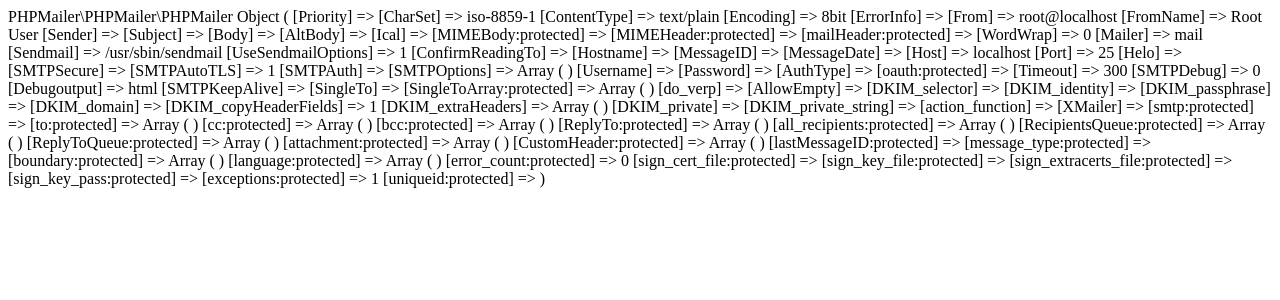
Repository: TuanAnhNguyen723/DanhGiaKIemDinh
Page: http://localhost/phpmailer/mail/sendmail.php
The author's editor kept a copy of each file at every save. The page is drawn from the files as they stood at one save, then again after the next save.
The browser window is 1280 px wide. The pictures show the whole page.
The page is run by PHP 8.4 with error messages shown; the project is at /var/www/html/.

Above is the page before, as saved 2024-05-24 13:23:56.

### mail/sendmail.php
<?php

include"../mail/PHPMailer/src/PHPMailer.php";
include"../mail/PHPMailer/src/Exception.php";
include"../mail/PHPMailer/src/OAuth.php";
include"../mail/PHPMailer/src/POP3.php";
include"../mail/PHPMailer/src/SMTP.php";

use PHPMailer\PHPMailer\PHPMailer;
use PHPMailer\PHPMailer\Exception;

$mail = new PHPMailer(true);
print_r($mail);

?>

### mail/PHPMailer/src/Exception.php
<?php
/**
 * PHPMailer Exception class.
 * PHP Version 5.5.
 *
 * @see       https://github.com/PHPMailer/PHPMailer/ The PHPMailer GitHub project
 *
 * @author    Marcus Bointon (Synchro/coolbru) <phpmailer@synchromedia.co.uk>
 * @author    Jim Jagielski (jimjag) <jimjag@gmail.com>
 * @author    Andy Prevost (codeworxtech) <codeworxtech@users.sourceforge.net>
 * @author    Brent R. Matzelle (original founder)
 * @copyright 2012 - 2017 Marcus Bointon
 * @copyright 2010 - 2012 Jim Jagielski
 * @copyright 2004 - 2009 Andy Prevost
 * @license   http://www.gnu.org/copyleft/lesser.html GNU Lesser General Public License
 * @note      This program is distributed in the hope that it will be useful - WITHOUT
 * ANY WARRANTY; without even the implied warranty of MERCHANTABILITY or
 * FITNESS FOR A PARTICULAR PURPOSE.
 */

namespace PHPMailer\PHPMailer;

/**
 * PHPMailer exception handler.
 *
 * @author  Marcus Bointon <phpmailer@synchromedia.co.uk>
 */
class Exception extends \Exception
{
    /**
     * Prettify error message output.
     *
     * @return string
     */
    public function errorMessage()
    {
        return '<strong>' . htmlspecialchars($this->getMessage()) . "</strong><br />\n";
    }
}

### mail/PHPMailer/src/OAuth.php
<?php
/**
 * PHPMailer - PHP email creation and transport class.
 * PHP Version 5.5.
 *
 * @see       https://github.com/PHPMailer/PHPMailer/ The PHPMailer GitHub project
 *
 * @author    Marcus Bointon (Synchro/coolbru) <phpmailer@synchromedia.co.uk>
 * @author    Jim Jagielski (jimjag) <jimjag@gmail.com>
 * @author    Andy Prevost (codeworxtech) <codeworxtech@users.sourceforge.net>
 * @author    Brent R. Matzelle (original founder)
 * @copyright 2012 - 2015 Marcus Bointon
 * @copyright 2010 - 2012 Jim Jagielski
 * @copyright 2004 - 2009 Andy Prevost
 * @license   http://www.gnu.org/copyleft/lesser.html GNU Lesser General Public License
 * @note      This program is distributed in the hope that it will be useful - WITHOUT
 * ANY WARRANTY; without even the implied warranty of MERCHANTABILITY or
 * FITNESS FOR A PARTICULAR PURPOSE.
 */

namespace PHPMailer\PHPMailer;

use League\OAuth2\Client\Grant\RefreshToken;
use League\OAuth2\Client\Provider\AbstractProvider;
use League\OAuth2\Client\Token\AccessToken;

/**
 * OAuth - OAuth2 authentication wrapper class.
 * Uses the oauth2-client package from the League of Extraordinary Packages.
 *
 * @see     http://oauth2-client.thephpleague.com
 *
 * @author  Marcus Bointon (Synchro/coolbru) <phpmailer@synchromedia.co.uk>
 */
class OAuth
{
    /**
     * An instance of the League OAuth Client Provider.
     *
     * @var AbstractProvider
     */
    protected $provider;

    /**
     * The current OAuth access token.
     *
     * @var AccessToken
     */
    protected $oauthToken;

    /**
     * The user's email address, usually used as the login ID
     * and also the from address when sending email.
     *
     * @var string
     */
    protected $oauthUserEmail = '';

    /**
     * The client secret, generated in the app definition of the service you're connecting to.
     *
     * @var string
     */
    protected $oauthClientSecret = '';

    /**
     * The client ID, generated in the app definition of the service you're connecting to.
     *
     * @var string
     */
    protected $oauthClientId = '';

    /**
     * The refresh token, used to obtain new AccessTokens.
     *
     * @var string
     */
    protected $oauthRefreshToken = '';

    /**
     * OAuth constructor.
     *
     * @param array $options Associative array containing
     *                       `provider`, `userName`, `clientSecret`, `clientId` and `refreshToken` elements
     */
    public function __construct($options)
    {
        $this->provider = $options['provider'];
        $this->oauthUserEmail = $options['userName'];
        $this->oauthClientSecret = $options['clientSecret'];
        $this->oauthClientId = $options['clientId'];
        $this->oauthRefreshToken = $options['refreshToken'];
    }

    /**
     * Get a new RefreshToken.
     *
     * @return RefreshToken
     */
    protected function getGrant()
    {
        return new RefreshToken();
    }

    /**
     * Get a new AccessToken.
     *
     * @return AccessToken
     */
    protected function getToken()
    {
        return $this->provider->getAccessToken(
            $this->getGrant(),
            ['refresh_token' => $this->oauthRefreshToken]
        );
    }

    /**
     * Generate a base64-encoded OAuth token.
     *
     * @return string
     */
    public function getOauth64()
    {
        // Get a new token if it's not available or has expired
        if (null === $this->oauthToken or $this->oauthToken->hasExpired()) {
            $this->oauthToken = $this->getToken();
        }

        return base64_encode(
            'user=' .
            $this->oauthUserEmail .
            "\001auth=Bearer " .
            $this->oauthToken .
            "\001\001"
        );
    }
}

### mail/PHPMailer/src/POP3.php
<?php
/**
 * PHPMailer POP-Before-SMTP Authentication Class.
 * PHP Version 5.5.
 *
 * @see       https://github.com/PHPMailer/PHPMailer/ The PHPMailer GitHub project
 *
 * @author    Marcus Bointon (Synchro/coolbru) <phpmailer@synchromedia.co.uk>
 * @author    Jim Jagielski (jimjag) <jimjag@gmail.com>
 * @author    Andy Prevost (codeworxtech) <codeworxtech@users.sourceforge.net>
 * @author    Brent R. Matzelle (original founder)
 * @copyright 2012 - 2017 Marcus Bointon
 * @copyright 2010 - 2012 Jim Jagielski
 * @copyright 2004 - 2009 Andy Prevost
 * @license   http://www.gnu.org/copyleft/lesser.html GNU Lesser General Public License
 * @note      This program is distributed in the hope that it will be useful - WITHOUT
 * ANY WARRANTY; without even the implied warranty of MERCHANTABILITY or
 * FITNESS FOR A PARTICULAR PURPOSE.
 */

namespace PHPMailer\PHPMailer;

/**
 * PHPMailer POP-Before-SMTP Authentication Class.
 * Specifically for PHPMailer to use for RFC1939 POP-before-SMTP authentication.
 * 1) This class does not support APOP authentication.
 * 2) Opening and closing lots of POP3 connections can be quite slow. If you need
 *   to send a batch of emails then just perform the authentication once at the start,
 *   and then loop through your mail sending script. Providing this process doesn't
 *   take longer than the verification period lasts on your POP3 server, you should be fine.
 * 3) This is really ancient technology; you should only need to use it to talk to very old systems.
 * 4) This POP3 class is deliberately lightweight and incomplete, and implements just
 *   enough to do authentication.
 *   If you want a more complete class there are other POP3 classes for PHP available.
 *
 * @author  Richard Davey (original author) <rich@corephp.co.uk>
 * @author  Marcus Bointon (Synchro/coolbru) <phpmailer@synchromedia.co.uk>
 * @author  Jim Jagielski (jimjag) <jimjag@gmail.com>
 * @author  Andy Prevost (codeworxtech) <codeworxtech@users.sourceforge.net>
 */
class POP3
{
    /**
     * The POP3 PHPMailer Version number.
     *
     * @var string
     */
    const VERSION = '6.0.5';

    /**
     * Default POP3 port number.
     *
     * @var int
     */
    const DEFAULT_PORT = 110;

    /**
     * Default timeout in seconds.
     *
     * @var int
     */
    const DEFAULT_TIMEOUT = 30;

    /**
     * Debug display level.
     * Options: 0 = no, 1+ = yes.
     *
     * @var int
     */
    public $do_debug = 0;

    /**
     * POP3 mail server hostname.
     *
     * @var string
     */
    public $host;

    /**
     * POP3 port number.
     *
     * @var int
     */
    public $port;

    /**
     * POP3 Timeout Value in seconds.
     *
     * @var int
     */
    public $tval;

    /**
     * POP3 username.
     *
     * @var string
     */
    public $username;

    /**
     * POP3 password.
     *
     * @var string
     */
    public $password;

    /**
     * Resource handle for the POP3 connection socket.
     *
     * @var resource
     */
    protected $pop_conn;

    /**
     * Are we connected?
     *
     * @var bool
     */
    protected $connected = false;

    /**
     * Error container.
     *
     * @var array
     */
    protected $errors = [];

    /**
     * Line break constant.
     */
    const LE = "\r\n";

    /**
     * Simple static wrapper for all-in-one POP before SMTP.
     *
     * @param string   $host        The hostname to connect to
     * @param int|bool $port        The port number to connect to
     * @param int|bool $timeout     The timeout value
     * @param string   $username
     * @param string   $password
     * @param int      $debug_level
     *
     * @return bool
     */
    public static function popBeforeSmtp(
        $host,
        $port = false,
        $timeout = false,
        $username = '',
        $password = '',
        $debug_level = 0
    ) {
        $pop = new self();

        return $pop->authorise($host, $port, $timeout, $username, $password, $debug_level);
    }

    /**
     * Authenticate with a POP3 server.
     * A connect, login, disconnect sequence
     * appropriate for POP-before SMTP authorisation.
     *
     * @param string   $host        The hostname to connect to
     * @param int|bool $port        The port number to connect to
     * @param int|bool $timeout     The timeout value
     * @param string   $username
     * @param string   $password
     * @param int      $debug_level
     *
     * @return bool
     */
    public function authorise($host, $port = false, $timeout = false, $username = '', $password = '', $debug_level = 0)
    {
        $this->host = $host;
        // If no port value provided, use default
        if (false === $port) {
            $this->port = static::DEFAULT_PORT;
        } else {
            $this->port = (int) $port;
        }
        // If no timeout value provided, use default
        if (false === $timeout) {
            $this->tval = static::DEFAULT_TIMEOUT;
        } else {
            $this->tval = (int) $timeout;
        }
        $this->do_debug = $debug_level;
        $this->username = $username;
        $this->password = $password;
        //  Reset the error log
        $this->errors = [];
        //  connect
        $result = $this->connect($this->host, $this->port, $this->tval);
        if ($result) {
            $login_result = $this->login($this->username, $this->password);
            if ($login_result) {
                $this->disconnect();

                return true;
            }
        }
        // We need to disconnect regardless of whether the login succeeded
        $this->disconnect();

        return false;
    }

    /**
     * Connect to a POP3 server.
     *
     * @param string   $host
     * @param int|bool $port
     * @param int      $tval
     *
     * @return bool
     */
    public function connect($host, $port = false, $tval = 30)
    {
        //  Are we already connected?
        if ($this->connected) {
            return true;
        }

        //On Windows this will raise a PHP Warning error if the hostname doesn't exist.
        //Rather than suppress it with @fsockopen, capture it cleanly instead
        set_error_handler([$this, 'catchWarning']);

        if (false === $port) {
            $port = static::DEFAULT_PORT;
        }

        //  connect to the POP3 server
        $this->pop_conn = fsockopen(
            $host, //  POP3 Host
            $port, //  Port #
            $errno, //  Error Number
            $errstr, //  Error Message
            $tval
        ); //  Timeout (seconds)
        //  Restore the error handler
        restore_error_handler();

        //  Did we connect?
        if (false === $this->pop_conn) {
            //  It would appear not...
            $this->setError(
                "Failed to connect to server $host on port $port. errno: $errno; errstr: $errstr"
            );

            return false;
        }

        //  Increase the stream time-out
        stream_set_timeout($this->pop_conn, $tval, 0);

        //  Get the POP3 server response
        $pop3_response = $this->getResponse();
        //  Check for the +OK
        if ($this->checkResponse($pop3_response)) {
            //  The connection is established and the POP3 server is talking
            $this->connected = true;

            return true;
        }

        return false;
    }

    /**
     * Log in to the POP3 server.
     * Does not support APOP (RFC 2828, 4949).
     *
     * @param string $username
     * @param string $password
     *
     * @return bool
     */
    public function login($username = '', $password = '')
    {
        if (!$this->connected) {
            $this->setError('Not connected to POP3 server');
        }
        if (empty($username)) {
            $username = $this->username;
        }
        if (empty($password)) {
            $password = $this->password;
        }

        // Send the Username
        $this->sendString("USER $username" . static::LE);
        $pop3_response = $this->getResponse();
        if ($this->checkResponse($pop3_response)) {
            // Send the Password
            $this->sendString("PASS $password" . static::LE);
            $pop3_response = $this->getResponse();
            if ($this->checkResponse($pop3_response)) {
                return true;
            }
        }

        return false;
    }

    /**
     * Disconnect from the POP3 server.
     */
    public function disconnect()
    {
        $this->sendString('QUIT');
        //The QUIT command may cause the daemon to exit, which will kill our connection
        //So ignore errors here
        try {
            @fclose($this->pop_conn);
        } catch (Exception $e) {
            //Do nothing
        }
    }

    /**
     * Get a response from the POP3 server.
     *
     * @param int $size The maximum number of bytes to retrieve
     *
     * @return string
     */
    protected function getResponse($size = 128)
    {
        $response = fgets($this->pop_conn, $size);
        if ($this->do_debug >= 1) {
            echo 'Server -> Client: ', $response;
        }

        return $response;
    }

    /**
     * Send raw data to the POP3 server.
     *
     * @param string $string
     *
     * @return int
     */
    protected function sendString($string)
    {
        if ($this->pop_conn) {
            if ($this->do_debug >= 2) { //Show client messages when debug >= 2
                echo 'Client -> Server: ', $string;
            }

            return fwrite($this->pop_conn, $string, strlen($string));
        }

        return 0;
    }

    /**
     * Checks the POP3 server response.
     * Looks for for +OK or -ERR.
     *
     * @param string $string
     *
     * @return bool
     */
    protected function checkResponse($string)
    {
        if (substr($string, 0, 3) !== '+OK') {
            $this->setError("Server reported an error: $string");

            return false;
        }

        return true;
    }

    /**
     * Add an error to the internal error store.
     * Also display debug output if it's enabled.
     *
     * @param string $error
     */
    protected function setError($error)
    {
        $this->errors[] = $error;
        if ($this->do_debug >= 1) {
            echo '<pre>';
            foreach ($this->errors as $e) {
                print_r($e);
            }
            echo '</pre>';
        }
    }

    /**
     * Get an array of error messages, if any.
     *
     * @return array
     */
    public function getErrors()
    {
        return $this->errors;
    }

    /**
     * POP3 connection error handler.
     *
     * @param int    $errno
     * @param string $errstr
     * @param string $errfile
     * @param int    $errline
     */
    protected function catchWarning($errno, $errstr, $errfile, $errline)
    {
        $this->setError(
            'Connecting to the POP3 server raised a PHP warning:' .
            "errno: $errno errstr: $errstr; errfile: $errfile; errline: $errline"
        );
    }
}

Loaded but not shown: mail/PHPMailer/src/PHPMailer.php (4482 lines, source omitted); mail/PHPMailer/src/SMTP.php (1326 lines, source omitted)

After the next save:
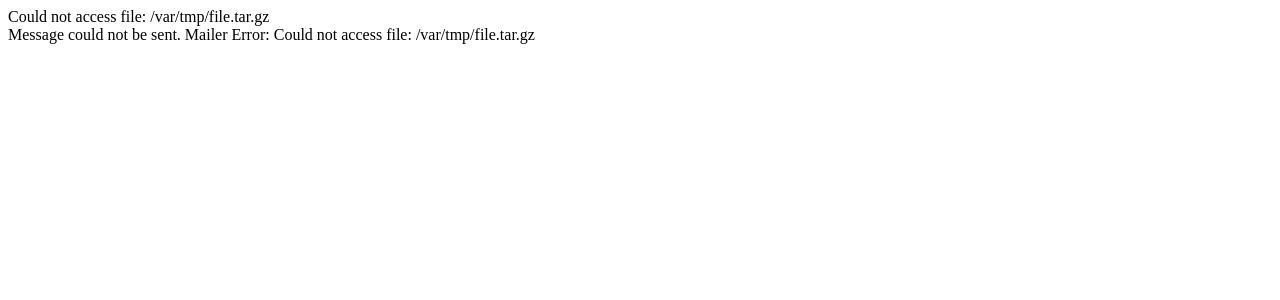
Saved 57 s later.
--- a/mail/sendmail.php
+++ b/mail/sendmail.php
@@ -10,6 +10,39 @@
 use PHPMailer\PHPMailer\Exception;
 
 $mail = new PHPMailer(true);
-print_r($mail);
+// print_r($mail);
+try {
+    //Server settings
+    $mail->SMTPDebug = 2;                                 // Enable verbose debug output
+    $mail->isSMTP();                                      // Set mailer to use SMTP
+    $mail->Host = 'smtp1.example.com;smtp2.example.com';  // Specify main and backup SMTP servers
+    $mail->SMTPAuth = true;                               // Enable SMTP authentication
+    $mail->Username = 'user@example.com';                 // SMTP username
+    $mail->Password = 'secret';                           // SMTP password
+    $mail->SMTPSecure = 'tls';                            // Enable TLS encryption, `ssl` also accepted
+    $mail->Port = 587;                                    // TCP port to connect to
 
+    //Recipients
+    $mail->setFrom('from@example.com', 'Mailer');
+    $mail->addAddress('joe@example.net', 'Joe User');     // Add a recipient
+    $mail->addAddress('ellen@example.com');               // Name is optional
+    $mail->addReplyTo('info@example.com', 'Information');
+    $mail->addCC('cc@example.com');
+    $mail->addBCC('bcc@example.com');
+
+    //Attachments
+    $mail->addAttachment('/var/tmp/file.tar.gz');         // Add attachments
+    $mail->addAttachment('/tmp/image.jpg', 'new.jpg');    // Optional name
+
+    //Content
+    $mail->isHTML(true);                                  // Set email format to HTML
+    $mail->Subject = 'Here is the subject';
+    $mail->Body    = 'This is the HTML message body in bold!';
+    $mail->AltBody = 'This is the body in plain text for non-HTML mail clients';
+
+    $mail->send();
+    echo 'Message has been sent';
+} catch (Exception $e) {
+    echo 'Message could not be sent. Mailer Error: ', $mail->ErrorInfo;
+}
 ?>
